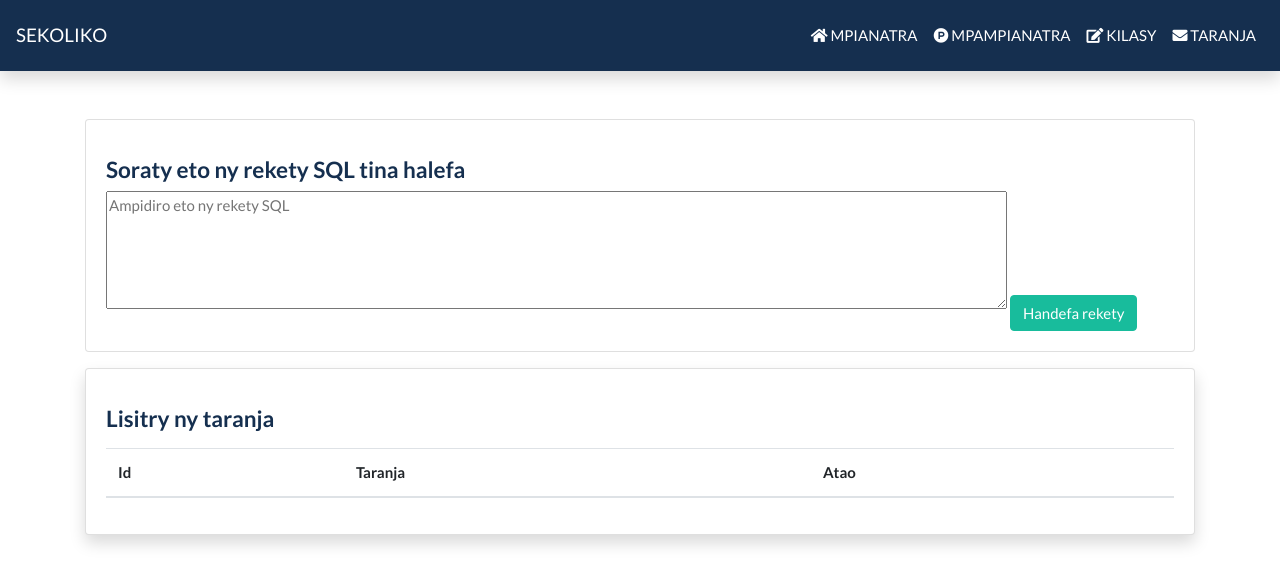
Repository: niainamahefa/j2ee-sekoliko
Page: http://localhost/Ecole/matiere
These files come from the project's save history. The page is drawn as it stood at one moment and after the next save; the edit follows.
The browser window is 1280 px wide. The pictures show the whole page.
The page is served by Tomcat 9. Queries for data that is not in the repository find no rows.

Above is the page before, as saved 2021-02-04 18:49:23.

After the next save:
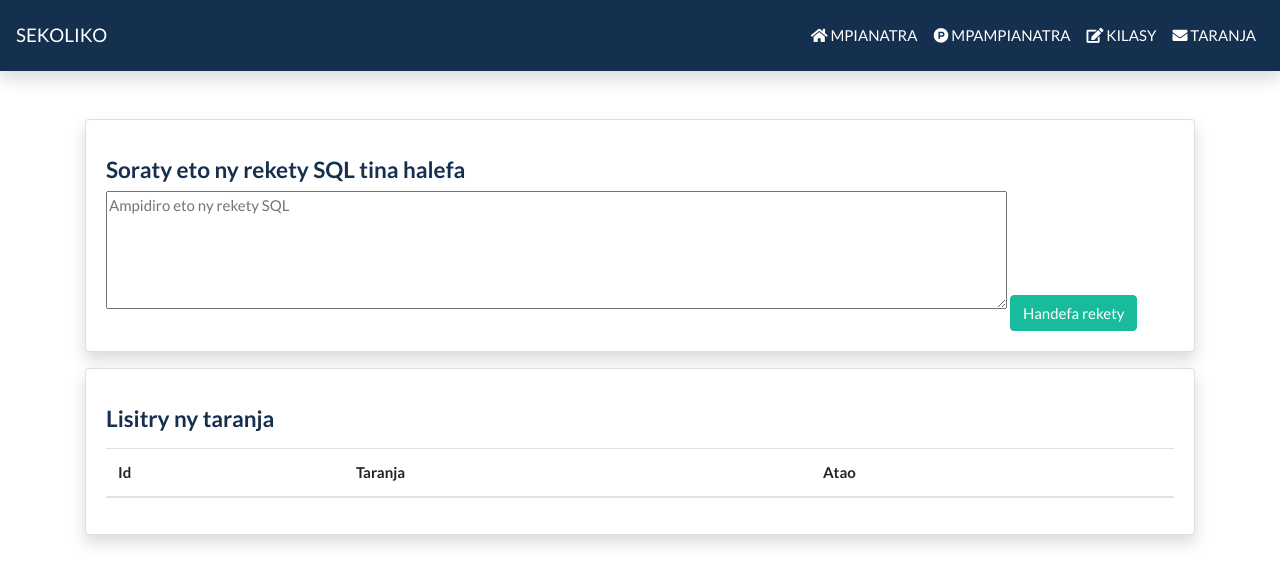
Saved 5 s later.
--- a/Ecole/WebContent/WEB-INF/matiere.jsp
+++ b/Ecole/WebContent/WEB-INF/matiere.jsp
@@ -36,7 +36,7 @@
     </nav>
 
     <div class="container mt-5">
-    	<div class="card">
+    	<div class="card shadow">
     		<div class="card-body">
     			<h4 class="text-primary mt-3 font-weight-bold">Soraty eto ny rekety SQL tina halefa </h4>
     			<textarea name="" id="" cols="110" rows="5" placeholder="Ampidiro eto ny rekety SQL"></textarea>
